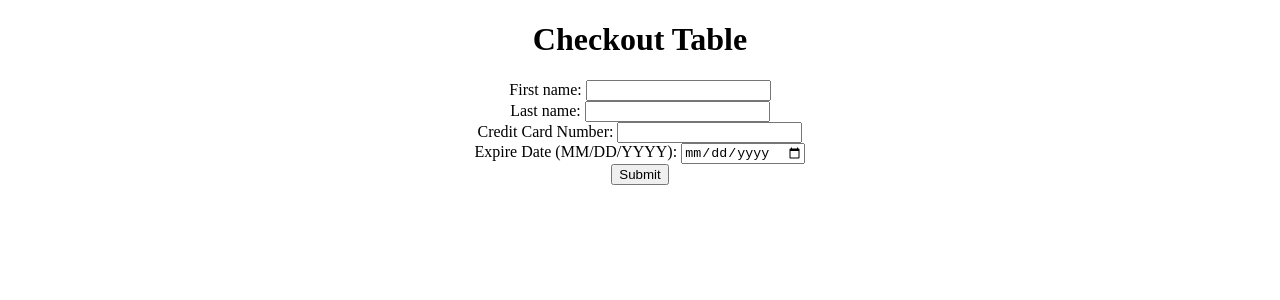
Repository: xzou4/CS221b
Page: fablix/WebContent/checkout.html
An editor plug-in stored every save of this project. The page is shown before and after the next save, followed by the edit.
The browser window is 1280 px wide. The pictures show the whole page.

Above is the page before, as saved 2017-02-14 23:49:36.

### fablix/WebContent/checkout.html
<!DOCTYPE html>
<html>
<head>
<meta charset="UTF-8">
<title>Checkout</title>
</head>
<body>
<H1 ALIGN="CENTER">Checkout Table</H1>

<FORM ACTION="checout"
      METHOD="GET">
      <CENTER>
  First name: <INPUT TYPE="TEXT" NAME="first_name"><BR>

  Last name: <INPUT TYPE="TEXT" NAME="last_name"><BR>

  Credit Card Number: <INPUT TYPE="TEXT" NAME="id"><BR>

  Expire Date (MM/DD/YYYY): <INPUT TYPE="DATE" NAME="expiration"><BR>

    <INPUT TYPE="SUBMIT" VALUE="Submit">
  </CENTER>
</FORM>
</body>
</html>

After the next save:
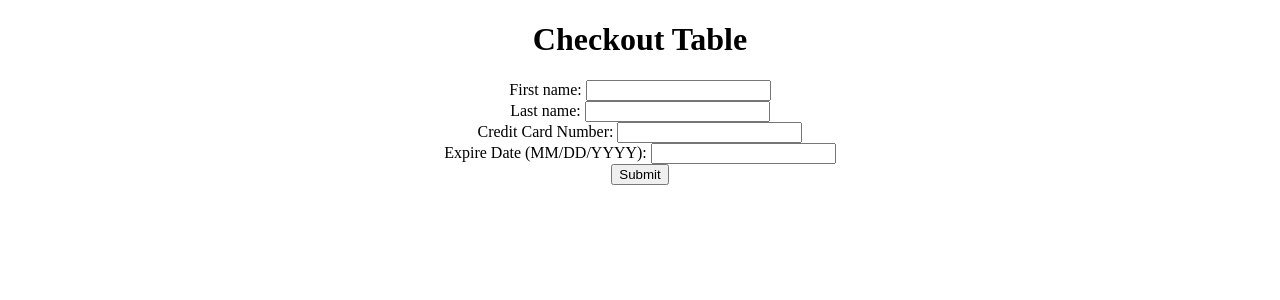
Saved 5 min 46 s later.
--- a/fablix/WebContent/checkout.html
+++ b/fablix/WebContent/checkout.html
@@ -16,7 +16,7 @@
 
   Credit Card Number: <INPUT TYPE="TEXT" NAME="id"><BR>
 
-  Expire Date (MM/DD/YYYY): <INPUT TYPE="DATE" NAME="expiration"><BR>
+  Expire Date (MM/DD/YYYY): <INPUT TYPE="TEXT" NAME="expiration"><BR>
 
     <INPUT TYPE="SUBMIT" VALUE="Submit">
   </CENTER>
